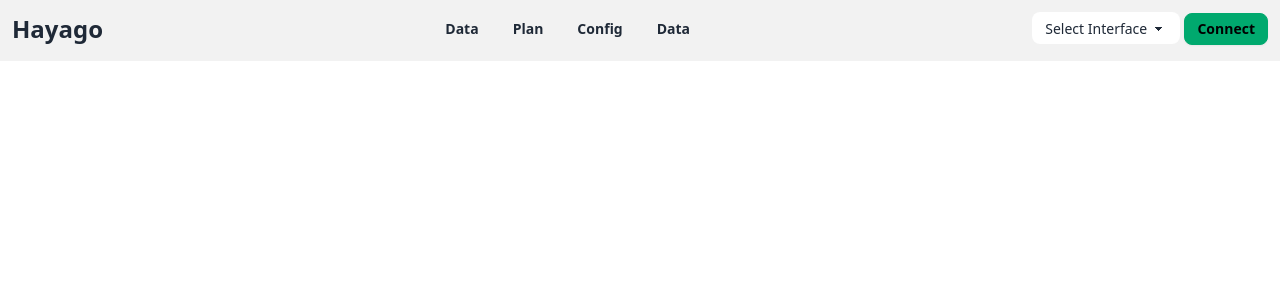
Repository: khulqu15/rov.commander
Page: http://localhost/planner/
These files come from the project's save history. The page is drawn as it stood at one moment and after a run of saves; the edit follows.
The browser window is 1280 px wide. The pictures show the whole page.
Some web libraries are served in a nearby version. The page is served by the project's application, run on Django 5.2 (manage.py). Other server files are loaded and not shown.

Above is the page before, as saved 2025-02-06 21:04:42.

### templates/index.html
<!DOCTYPE html>
<html lang="en">
<head>
    <meta charset="UTF-8">
    <meta name="viewport" content="width=device-width, initial-scale=1.0">
    <link href="https://cdn.jsdelivr.net/npm/daisyui@4.12.23/dist/full.min.css" rel="stylesheet" type="text/css" />
    <script src="https://cdn.tailwindcss.com"></script>
    <title>Mission Planner App</title>
</head>
<body>
    <div class="fixed left-0 w-full p-3 pb-4 bg-base-200 top-0 flex justify-between items-center">
        <div>
            <h1 class="text-2xl font-bold">Hayago</h1>
        </div>
        <div class="lg:flex items-center justify-center gap-2">
            <button type="submit" class="btn btn-ghost btn-sm">Data</button>
            <button type="submit" class="btn btn-ghost btn-sm">Plan</button>
            <button type="submit" class="btn btn-ghost btn-sm">Config</button>
            <button type="submit" class="btn btn-ghost btn-sm">Data</button>
        </div>
        <form method="GET">
            <select name="interface" class="select select-border select-sm" id="interface">
                <option value="">Select Interface</option>
                {% for interface in interfaces %}
                    <option value="{{ interface }}" {% if interface == selected_interface %}selected{% endif %}>{{ interface }}</option>
                {% endfor %}
            </select>
            <button type="submit" class="btn btn-success btn-sm">Connect</button>
        </form>
    </div>

    {% if selected_interface %}
        <div class="result">
            <h3>Selected Network: {{ selected_interface }}</h3>
            <h4>TCP/IP Addresses:</h4>
            <ul>
                {% for ip in tcpIp %}
                    <li>{{ ip }}</li>
                {% endfor %}
            </ul>
            <h4>COM Ports:</h4>
            <ul>
                {% for port in comPorts %}
                    <li>{{ port.device }} - {{ port.description }}</li>
                {% endfor %}
            </ul>
        </div>
    {% endif %}

</body>
</html>

### network/views.py
import socket
import serial.tools.list_ports
from rest_framework.response import Response
from rest_framework.decorators import api_view
from django.shortcuts import render
from django.http import JsonResponse

serial_connection = False

def get_network_interfaces():
    """Mendapatkan daftar interface jaringan yang tersedia"""
    interfaces = set()
    host_name = socket.gethostname()
    for ip in socket.getaddrinfo(host_name, None):
        interfaces.add(ip[4][0])
    return list(interfaces)

@api_view(["GET"])
def get_network_info(request):
    interfaces = get_network_interfaces()
    selected_interface = request.GET.get("interface", None)

    ip_list = []
    com_ports = []

    if selected_interface:
        ip_list = [ip for ip in interfaces if ip == selected_interface]

        ports = list(serial.tools.list_ports.comports())
        com_ports = [{"device": port.device, "description": port.description} for port in ports]

    return render(request, "index.html", {
        "interfaces": interfaces,
        "selected_interface": selected_interface,
        "tcpIp": ip_list,
        "comPorts": com_ports
    })

@api_view(["POST"])
def connect_device(request):
    global serial_connection
    port_name = request.POST.get("port")
    baud_rate = request.POST.get("baud", 9600)
    if not port_name:
        return JsonResponse({"error": "No COM Selected"})
    try:
        serial_connection = serial.Serial(port_name, baudrate=int(baud_rate), timeout=1)
        return("/planner")
    except Exception as e:
        return JsonResponse({"error": str(e)}, status=500)

### missionCore/urls.py
"""
URL configuration for missionCore project.

The `urlpatterns` list routes URLs to views. For more information please see:
    https://docs.djangoproject.com/en/5.1/topics/http/urls/
Examples:
Function views
    1. Add an import:  from my_app import views
    2. Add a URL to urlpatterns:  path('', views.home, name='home')
Class-based views
    1. Add an import:  from other_app.views import Home
    2. Add a URL to urlpatterns:  path('', Home.as_view(), name='home')
Including another URLconf
    1. Import the include() function: from django.urls import include, path
    2. Add a URL to urlpatterns:  path('blog/', include('blog.urls'))
"""
from django.contrib import admin
from django.urls import path, include

urlpatterns = [
    path('admin/', admin.site.urls),
    path('', include('network.urls'))
]

### network/urls.py
from django.urls import path
from .views import get_network_info

urlpatterns = [
    path('planner/', get_network_info, name='planner'),
]

After the next 2 saves:
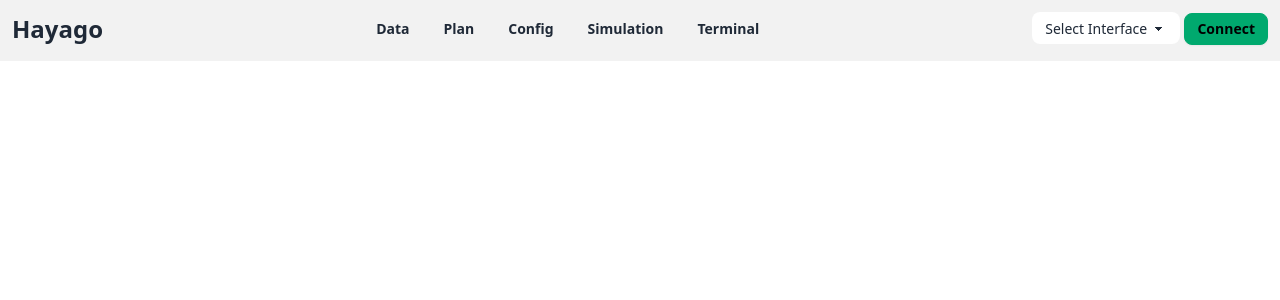
The 2 saves are shown as one change because they came seconds apart.
The last was saved 8 s later.
--- a/templates/index.html
+++ b/templates/index.html
@@ -16,7 +16,8 @@
             <button type="submit" class="btn btn-ghost btn-sm">Data</button>
             <button type="submit" class="btn btn-ghost btn-sm">Plan</button>
             <button type="submit" class="btn btn-ghost btn-sm">Config</button>
-            <button type="submit" class="btn btn-ghost btn-sm">Data</button>
+            <button type="submit" class="btn btn-ghost btn-sm">Simulation</button>
+            <button type="submit" class="btn btn-ghost btn-sm">Terminal</button>
         </div>
         <form method="GET">
             <select name="interface" class="select select-border select-sm" id="interface">
